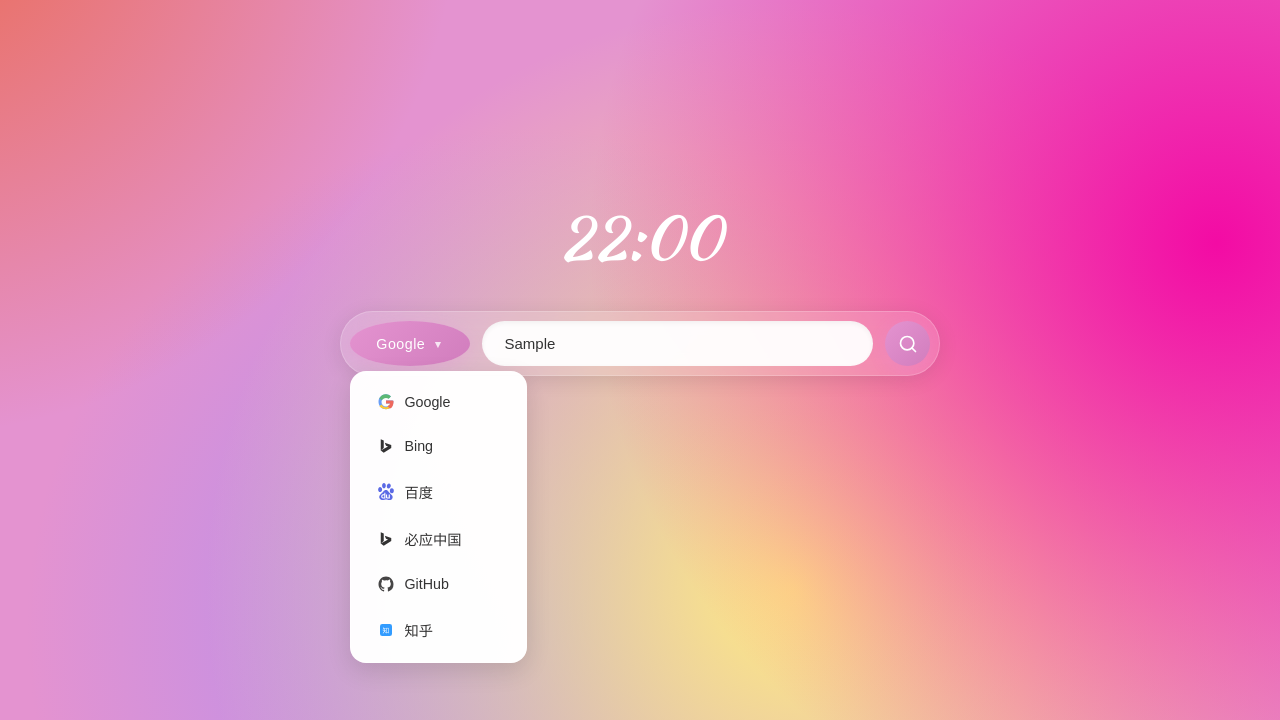
Repository: RADEKWRLD/NaviR
Page: index.html
These files come from the project's save history. The page is drawn as it stood at one moment and after the next save; the edit follows.
The browser window is 1280 px wide. The pictures show the whole page.
Empty fields were first filled with sample values (such as "Sample", 5 or name@example.com).
After loading, the first visible `#engine-btn` was clicked once.

Above is the page before, as saved 2025-05-23 22:51:37.
Console error: TypeError: Cannot read properties of null (reading 'appendChild')

### index.html
<!DOCTYPE html>
<html lang="en">
<head>
    <meta charset="UTF-8">
    <meta name="viewport" content="width=device-width, initial-scale=1.0">
    <title>Document</title>
    <link rel="stylesheet" href="style.css">
</head>
<body>
    <div id="main">
        <div id="clock"><span>00:00</span></div>

        <div class="search-container">
            <form id="search-form">
                <div class="engine-dropdown">
                    <button type="button" id="engine-btn" class="engine-btn">Google</button>
                    <ul id="engine-menu" class="engine-menu">
                        <li data-value="Google">
                            <!-- Google SVG -->
                            <svg width="20" height="20" viewBox="0 0 48 48"><g><path fill="#4285F4" d="M43.6 20.5H42V20H24v8h11.3C34.7 32.1 30.1 36 24 36c-6.6 0-12-5.4-12-12s5.4-12 12-12c2.7 0 5.2.9 7.2 2.4l6-6C33.5 5.1 28.1 3 24 3 12.9 3 4 11.9 4 23s8.9 20 20 20c11 0 19.7-8 19.7-20 0-1.3-.1-2.7-.3-4z"/><path fill="#34A853" d="M6.3 14.7l6.6 4.8C14.5 16.1 18.9 13 24 13c2.7 0 5.2.9 7.2 2.4l6-6C33.5 5.1 28.1 3 24 3c-7.7 0-14.2 4.4-17.7 10.7z"/><path fill="#FBBC05" d="M24 43c6.1 0 11.2-2 14.9-5.4l-6.9-5.7C30.1 36 25.5 38 24 38c-5.1 0-9.5-3.1-11.1-7.5l-6.6 5.1C9.8 39.6 16.3 43 24 43z"/><path fill="#EA4335" d="M43.6 20.5H42V20H24v8h11.3c-1.1 3.1-4.3 6-7.3 7.5l6.9 5.7C40.2 39.6 44 32.7 44 24c0-1.3-.1-2.7-.4-3.5z"/></g></svg>
                            Google
                        </li>
                        <li data-value="Bing">
                            <!-- 新 Bing SVG -->
                            <svg class="icon" width="20" height="20" viewBox="0 0 1024 1024" version="1.1" xmlns="http://www.w3.org/2000/svg">
                                <path d="M213.333333 770.986667 626.346667 546.986667 512 491.946667 442.453333 332.8 810.666667 452.266667 810.666667 631.466667 382.72 890.453333 213.333333 770.986667 213.333333 133.546667 384 192 384 618.666667 213.333333 770.986667Z"></path>
                            </svg>
                            Bing
                        </li>
                        <li data-value="百度">
                            <!-- 百度 SVG -->
                            <svg xmlns="http://www.w3.org/2000/svg" viewBox="32.482 0 961.665 1077.564" width="20" height="20">
                                <path fill="#3245DF" d="M184.682 538.759c111.177-23.874 96.03-156.737 92.702-185.776-5.445-44.768-58.102-123.02-129.606-116.831-89.98 8.074-103.126 138.052-103.126 138.052-12.17 60.08 29.132 188.452 140.03 164.555zM302.746 769.86c-3.257 9.331-10.517 33.228-4.234 54.03 12.402 46.677 52.912 48.77 52.912 48.77h58.218V730.35h-62.336c-28.016 8.354-41.535 30.157-44.56 39.51zm88.281-453.898c61.406 0 111.037-70.667 111.037-158.04C502.064 70.643 452.433 0 391.027 0c-61.312 0-111.06 70.643-111.06 157.923 0 87.373 49.77 158.04 111.06 158.04zm264.47 10.447c82.068 10.657 134.84-76.925 145.335-143.31 10.703-66.292-42.256-143.288-100.357-156.527-58.218-13.356-130.909 79.904-137.54 140.704-7.912 74.32 10.633 148.593 92.562 159.133zm201.086 390.213s-126.976-98.24-201.11-204.414C555 355.66 412.272 419.37 364.525 498.993 316.987 578.594 242.9 628.947 232.382 642.28c-10.68 13.124-153.385 90.166-121.694 230.87 31.669 140.612 142.939 137.936 142.939 137.936s81.998 8.074 177.12-13.217c95.168-21.104 177.096 5.26 177.096 5.26s222.284 74.435 283.108-68.852c60.754-143.334-34.368-217.654-34.368-217.654zM476.26 929.88H331.739c-62.406-12.449-87.257-55.03-90.398-62.29-3.072-7.376-20.802-41.604-11.425-99.845 26.968-87.257 103.87-93.516 103.87-93.516h76.926v-94.563l65.524 1V929.88zm269.146-1h-166.3c-64.453-16.614-67.455-62.407-67.455-62.407v-183.89l67.455-1.094v165.276c4.119 17.637 26.015 20.825 26.015 20.825h68.525V682.581h71.76v246.297zm235.408-490.99c0-31.76-26.387-127.394-124.23-127.394-98.008 0-111.108 90.258-111.108 154.06 0 60.894 5.142 145.894 126.883 143.195 121.788-2.7 108.455-137.936 108.455-169.86zm0 0"/>
                            </svg>
                            百度
                        </li>
                        <li data-value="必应中国">
                            <!-- 新必应中国 SVG（同 Bing） -->
                            <svg class="icon" width="20" height="20" viewBox="0 0 1024 1024" version="1.1" xmlns="http://www.w3.org/2000/svg">
                                <path d="M213.333333 770.986667 626.346667 546.986667 512 491.946667 442.453333 332.8 810.666667 452.266667 810.666667 631.466667 382.72 890.453333 213.333333 770.986667 213.333333 133.546667 384 192 384 618.666667 213.333333 770.986667Z"></path>
                            </svg>
                            必应中国
                        </li>
                        <li data-value="GitHub">
                            <!-- GitHub SVG -->
                            <svg width="20" height="20" viewBox="0 0 24 24"><path fill="#181717" d="M12 2C6.48 2 2 6.58 2 12.26c0 4.5 2.87 8.32 6.84 9.67.5.09.68-.22.68-.48 0-.24-.01-.87-.01-1.7-2.78.62-3.37-1.36-3.37-1.36-.45-1.17-1.1-1.48-1.1-1.48-.9-.63.07-.62.07-.62 1 .07 1.53 1.05 1.53 1.05.89 1.56 2.34 1.11 2.91.85.09-.66.35-1.11.63-1.37-2.22-.26-4.56-1.14-4.56-5.07 0-1.12.39-2.03 1.03-2.75-.1-.26-.45-1.3.1-2.7 0 0 .84-.28 2.75 1.05A9.38 9.38 0 0 1 12 6.84c.85.004 1.71.12 2.51.35 1.91-1.33 2.75-1.05 2.75-1.05.55 1.4.2 2.44.1 2.7.64.72 1.03 1.63 1.03 2.75 0 3.94-2.34 4.81-4.57 5.07.36.32.68.94.68 1.9 0 1.37-.01 2.47-.01 2.8 0 .27.18.58.69.48A10.01 10.01 0 0 0 22 12.26C22 6.58 17.52 2 12 2Z"/></svg>
                            GitHub
                        </li>
                        <li data-value="知乎">
                            <!-- 知乎 SVG（简化版） -->
                            <svg width="20" height="20" viewBox="0 0 48 48"><rect x="8" y="8" width="32" height="32" rx="6" fill="#0084ff"/><text x="24" y="32" text-anchor="middle" font-size="18" fill="#fff" font-family="Arial">知</text></svg>
                            知乎
                        </li>
                    </ul>
                </div>
                <input type="text" id="search-input" placeholder="请输入搜索内容...">
                <button type="submit" class="search-icon">
                    <svg xmlns="http://www.w3.org/2000/svg" width="20" height="20" viewBox="0 0 24 24" fill="none" stroke="currentColor" stroke-width="2" stroke-linecap="round" stroke-linejoin="round">
                        <circle cx="11" cy="11" r="8"></circle>
                        <line x1="21" y1="21" x2="16.65" y2="16.65"></line>
                    </svg>
                </button>
            </form>
        </div>
    </div>




    <script src="main/script.js"></script>
</body>
</html>

### style.css
@font-face {
    font-family: 'Kaushan Script';
    src: url('public/Kaushan_Script/KaushanScript-Regular.ttf') format('truetype');
}

:root {
    font-size: 15px;
}

body {
    font-family: 'Quicksand', sans-serif;
    margin: 0;
    min-height: 100vh;
    background-color: #e493d0;
    background-image:
        radial-gradient(closest-side, rgba(235, 105, 78, 1), rgba(235, 105, 78, 0)),
        radial-gradient(closest-side, rgba(243, 11, 164, 1), rgba(243, 11, 164, 0)),
        radial-gradient(closest-side, rgba(254, 234, 131, 1), rgba(254, 234, 131, 0)),
        radial-gradient(closest-side, rgba(170, 142, 245, 1), rgba(170, 142, 245, 0)),
        radial-gradient(closest-side, rgba(248, 192, 147, 1), rgba(248, 192, 147, 0));
    background-size:
        130vmax 130vmax,
        80vmax 80vmax,
        90vmax 90vmax,
        110vmax 110vmax,
        90vmax 90vmax;
    background-position:
        -80vmax -80vmax,
        60vmax -30vmax,
        10vmax 10vmax,
        -30vmax -10vmax,
        50vmax 50vmax;
    background-repeat: no-repeat;
    animation: 10s movement linear infinite;
}

@keyframes movement {
    0%, 100% {
        background-size:
            130vmax 130vmax,
            80vmax 80vmax,
            90vmax 90vmax,
            110vmax 110vmax,
            90vmax 90vmax;
        background-position:
            -80vmax -80vmax,
            60vmax -30vmax,
            10vmax 10vmax,
            -30vmax -10vmax,
            50vmax 50vmax;
    }
    25% {
        background-size:
            100vmax 100vmax,
            90vmax 90vmax,
            100vmax 100vmax,
            90vmax 90vmax,
            60vmax 60vmax;
        background-position:
            -60vmax -90vmax,
            50vmax -40vmax,
            0vmax -20vmax,
            -40vmax -20vmax,
            40vmax 60vmax;
    }
    50% {
        background-size:
            80vmax 80vmax,
            110vmax 110vmax,
            80vmax 80vmax,
            60vmax 60vmax,
            80vmax 80vmax;
        background-position:
            -50vmax -70vmax,
            40vmax -30vmax,
            10vmax 0vmax,
            20vmax 10vmax,
            30vmax 70vmax;
    }
    75% {
        background-size:
            90vmax 90vmax,
            90vmax 90vmax,
            100vmax 100vmax,
            90vmax 90vmax,
            70vmax 70vmax;
        background-position:
            -50vmax -40vmax,
            50vmax -30vmax,
            20vmax 0vmax,
            -10vmax 10vmax,
            40vmax 60vmax;
    }
}

#main{
    transition: all 0.3s ease;
    transform: translateY(-5rem);
    display: flex;
    flex-direction: column;
    align-items: center;
    justify-content: center;
    height: 100vh;
}

#clock{
    font-size: 4rem;
    color: #fff;
    font-family: 'Kaushan Script', cursive;
}

.search-container {
    margin-top: 2rem;
    width: 100%;
    max-width: 600px;
    padding: 0 1rem;
}

#search-form {
    display: flex;
    gap: 0.8rem;
    background: rgba(255, 255, 255, 0.15);
    padding: 0.6rem;
    border-radius: 50px;
    backdrop-filter: blur(10px);
    box-shadow: 0 4px 20px rgba(0, 0, 0, 0.1);
    border: 1px solid rgba(255, 255, 255, 0.2);
    transition: all 0.3s ease;
}

#search-form:hover {
    background: rgba(255, 255, 255, 0.2);
    box-shadow: 0 8px 25px rgba(0, 0, 0, 0.15);
    transform: translateY(-1px);
}

#search-input {
    flex: 1;
    padding: 0.8rem 1.5rem;
    border: none;
    border-radius: 25px;
    background: rgba(255, 255, 255, 0.95);
    color: #333;
    font-family: 'Quicksand', sans-serif;
    font-size: 1rem;
    outline: none;
    transition: all 0.3s ease;
    box-shadow: inset 0 2px 5px rgba(0, 0, 0, 0.05);
}

#search-input:focus {
    background: #fff;
    box-shadow: inset 0 2px 5px rgba(0, 0, 0, 0.05),
                0 0 0 3px rgba(228, 147, 208, 0.2);
}

#search-input::placeholder {
    color: #999;
    font-weight: 500;
}

#search-form button {
    padding: 0.8rem;
    border: none;
    border-radius: 50%;
    background: linear-gradient(135deg, #e493d0, #d17dbd);
    color: white;
    font-family: 'Quicksand', sans-serif;
    cursor: pointer;
    transition: all 0.3s ease;
    display: flex;
    align-items: center;
    justify-content: center;
    width: 45px;
    height: 45px;
    box-shadow: 0 4px 15px rgba(228, 147, 208, 0.3);
}

#search-form button:hover {
    background: linear-gradient(135deg, #d17dbd, #e493d0);
    transform: scale(1.05) rotate(360deg);
    box-shadow: 0 6px 20px rgba(228, 147, 208, 0.4);
}

#search-form button svg {
    width: 20px;
    height: 20px;
    transition: all 0.3s ease;
}

#search-form button:hover svg {
    transform: scale(1.1);
}

.engine-dropdown {
    position: relative;
}

.engine-btn {
    padding: 0.7rem 1.8rem;
    border: none;
    border-radius: 25px;
    background: rgba(255, 255, 255, 0.2);
    backdrop-filter: blur(10px);
    color: #fff;
    font-family: 'Quicksand', sans-serif;
    cursor: pointer;
    outline: none;
    min-width: 120px;
    font-size: 0.95rem;
    height: 45px;
    display: flex;
    align-items: center;
    justify-content: space-between;
    transition: all 0.3s ease;
    box-shadow: 0 2px 8px rgba(0, 0, 0, 0.08);
    font-weight: 500;
    letter-spacing: 0.5px;
    position: relative;
    padding-right: 1.2rem;
}

.engine-btn::after {
    content: '▼';
    font-size: 0.7rem;
    margin-left: 0.5rem;
    transition: all 0.3s ease;
    opacity: 0.8;
}

.engine-btn:hover {
    background: rgba(255, 255, 255, 0.25);
    transform: translateY(-1px);
    box-shadow: 0 4px 12px rgba(0, 0, 0, 0.12);
}

.engine-btn:hover::after {
    transform: translateY(2px);
    opacity: 1;
}

.engine-menu {
    display: none;
    position: absolute;
    top: 110%;
    left: 0;
    z-index: 10;
    background: rgba(255, 255, 255, 0.98);
    backdrop-filter: blur(10px);
    border-radius: 16px;
    box-shadow: 0 8px 24px rgba(0,0,0,0.12);
    list-style: none;
    margin: 0;
    padding: 0.5rem;
    min-width: 160px;
    font-family: 'Quicksand', sans-serif;
    border: 1px solid rgba(255, 255, 255, 0.3);
    transform-origin: top center;
}

.engine-menu.show {
    display: block;
    animation: menuFadeIn 0.2s ease;
}

@keyframes menuFadeIn {
    from {
        opacity: 0;
        transform: translateY(-10px) scale(0.95);
    }
    to {
        opacity: 1;
        transform: translateY(0) scale(1);
    }
}

.engine-menu li {
    padding: 0.8rem 1.2rem;
    cursor: pointer;
    transition: all 0.2s ease;
    color: #333;
    border: none;
    background: none;
    font-size: 0.95rem;
    border-radius: 12px;
    display: flex;
    align-items: center;
    gap: 10px;
    margin: 2px 0;
}

.engine-menu li:hover {
    background: rgba(228, 147, 208, 0.1);
    color: #e493d0;
    transform: translateX(3px);
}

.engine-menu li svg {
    width: 18px;
    height: 18px;
    opacity: 0.8;
    transition: all 0.2s ease;
}

.engine-menu li:hover svg {
    opacity: 1;
    transform: scale(1.1);
}

### main/script.js
//更新时间
function updateTime() {
    const now = new Date();
    const hours = String(now.getHours()).padStart(2, '0');
    const minutes = String(now.getMinutes()).padStart(2, '0');
    const timeString = `${hours}:${minutes}`;
    document.getElementById('clock').textContent = timeString;
}

// 搜索引擎配置
const searchEngines = {
    google: {
        name: 'Google',
        url: 'https://www.google.com/search?q='
    },
    bing: {
        name: 'Bing',
        url: 'https://www.bing.com/search?q='
    },
    baidu: {
        name: '百度',
        url: 'https://www.baidu.com/s?wd='
    },
    bingcn: {
        name: '必应中国',
        url: 'https://cn.bing.com/search?q='
    },
    github: {
        name: 'GitHub',
        url: 'https://github.com/search?q='
    },
    zhihu: {
        name: '知乎',
        url: 'https://www.zhihu.com/search?q='
    }
};

// 1. 搜索引擎的搜索URL模板
const engineSearchUrls = {
    "Google": "https://www.google.com/search?q=",
    "Bing": "https://www.bing.com/search?q=",
    "百度": "https://www.baidu.com/s?wd=",
    "必应中国": "https://cn.bing.com/search?q=",
    "GitHub": "https://github.com/search?q=",
    "知乎": "https://www.zhihu.com/search?type=content&q="
};

// 2. 当前选中的引擎，默认Google
let currentEngine = "Google";

// 初始化搜索功能
function initSearch() {
    const searchForm = document.getElementById('search-form');
    const searchInput = document.getElementById('search-input');
    const searchEngine = document.getElementById('search-engine');

    // 动态添加搜索引擎选项
    for (const [key, engine] of Object.entries(searchEngines)) {
        const option = document.createElement('option');
        option.value = key;
        option.textContent = engine.name;
        searchEngine.appendChild(option);
    }

    searchForm.addEventListener('submit', function(e) {
        e.preventDefault();
        const searchTerm = searchInput.value.trim();
        if (searchTerm) {
            const engine = searchEngine.value;
            const searchUrl = searchEngines[engine].url + encodeURIComponent(searchTerm);
            window.location.href = searchUrl;
        }
    });
}

// 搜索引擎下拉菜单逻辑
const engineBtn = document.getElementById('engine-btn');
const engineMenu = document.getElementById('engine-menu');

engineBtn.addEventListener('click', function(e) {
    e.preventDefault();
    engineMenu.classList.toggle('show');
});

// 3. 监听菜单点击，切换引擎
document.querySelectorAll('#engine-menu li').forEach(li => {
    li.addEventListener('click', function() {
        const name = this.getAttribute('data-value');
        currentEngine = name;
        engineBtn.textContent = name + ' ▼';
        engineMenu.classList.remove('show');
    });
});

// 点击外部关闭菜单
document.addEventListener('click', function(e) {
    if (!engineBtn.contains(e.target) && !engineMenu.contains(e.target)) {
        engineMenu.classList.remove('show');
    }
});

// 监听表单提交
document.getElementById('search-form').addEventListener('submit', function(e) {
    e.preventDefault(); // 阻止表单默认提交
    const keyword = document.getElementById('search-input').value.trim();
    if (!keyword) return;
    const url = engineSearchUrls[currentEngine] + encodeURIComponent(keyword);
    window.location.href = url; // 新标签页打开
});

function init() {
    updateTime();
    setInterval(updateTime, 1000);
    // 搜索框事件监听
    initSearch();
}
init();

After the next save:
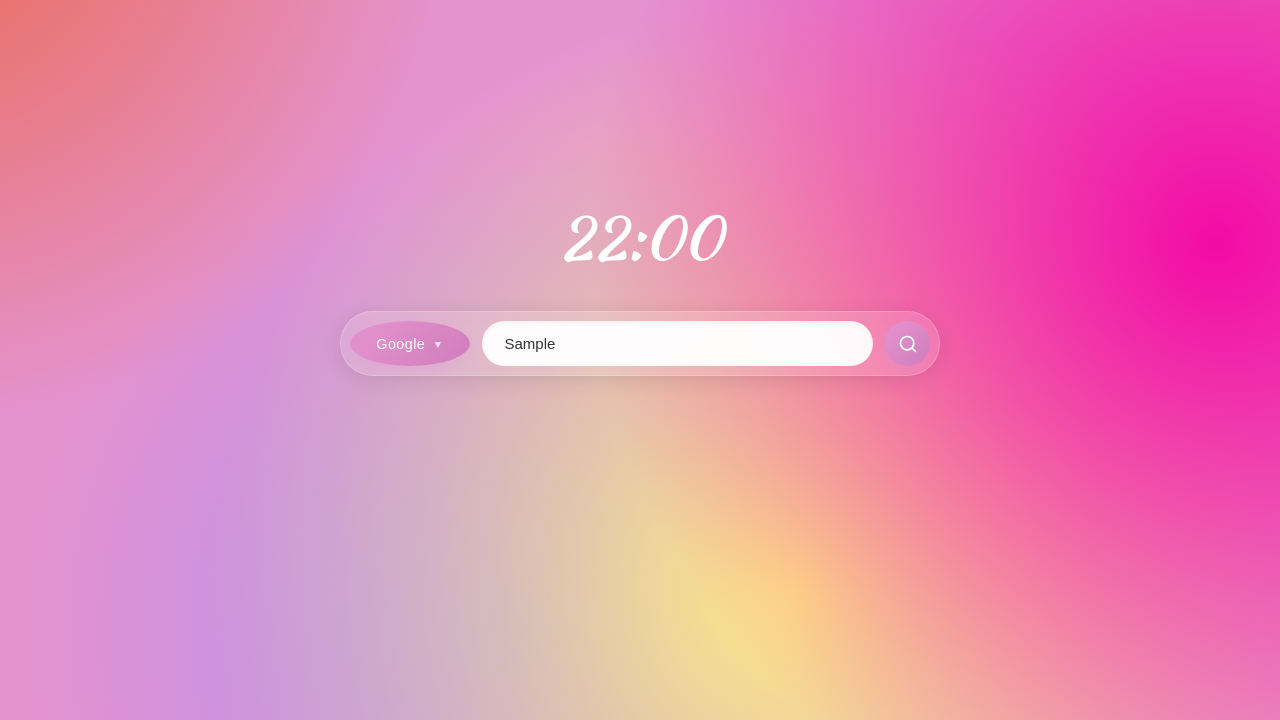
Saved 117 s later.
--- a/style.css
+++ b/style.css
@@ -258,21 +258,7 @@ body {
     transform-origin: top center;
 }
 
-.engine-menu.show {
-    display: block;
-    animation: menuFadeIn 0.2s ease;
-}
-
-@keyframes menuFadeIn {
-    from {
-        opacity: 0;
-        transform: translateY(-10px) scale(0.95);
-    }
-    to {
-        opacity: 1;
-        transform: translateY(0) scale(1);
-    }
-}
+
 
 .engine-menu li {
     padding: 0.8rem 1.2rem;
